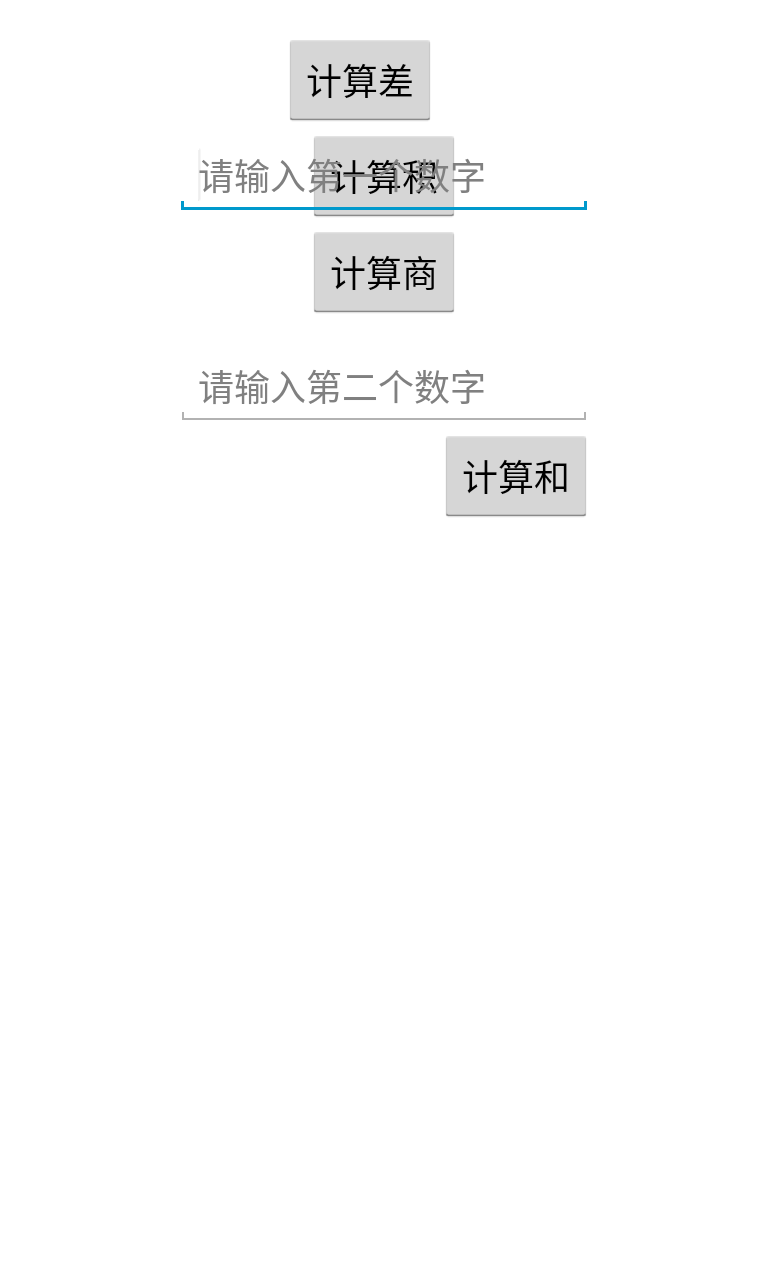
Repository: KungW/windows_learn_java_track
Layout: Caculator/res/layout/activity_main.xml
These files come from the project's save history. The layout is drawn as it stood at one moment and after the next save; the edit follows.
It is drawn on a 768 x 1280 px phone screen (xhdpi) without system bars, with theme AppTheme; the app's code is not run.

Above is the layout before, as saved 2016-10-14 07:42:08.

### Caculator/res/layout/activity_main.xml
<RelativeLayout xmlns:android="http://schemas.android.com/apk/res/android"
    xmlns:tools="http://schemas.android.com/tools"
    android:layout_width="match_parent"
    android:layout_height="wrap_content"
    android:paddingBottom="@dimen/activity_vertical_margin"
    android:paddingLeft="@dimen/activity_horizontal_margin"
    android:paddingRight="@dimen/activity_horizontal_margin"
    android:paddingTop="@dimen/activity_vertical_margin"
    tools:context=".MainActivity" >

    <EditText
        android:id="@+id/editText2"
        android:layout_width="wrap_content"
        android:layout_height="wrap_content"
        android:layout_alignLeft="@+id/editText1"
        android:layout_below="@+id/editText1"
        android:layout_marginTop="64dp"
        android:hint="请输入第二个数字"
        android:ems="10" />

    <Button
        android:id="@+id/button1"
        android:layout_width="wrap_content"
        android:layout_height="wrap_content"
        android:layout_below="@+id/editText2"
        android:layout_alignRight="@id/editText2"
        android:text="计算和" />
    <Button
        android:id="@+id/button2"
        android:layout_width="wrap_content"
        android:layout_height="wrap_content"
        android:layout_toLeftOf="@id/button1"
        android:text="计算差" />
    <Button
        android:id="@+id/button3"
        android:layout_width="wrap_content"
        android:layout_height="wrap_content"
        android:layout_below="@id/button2"
        android:layout_centerHorizontal="true"
        android:text="计算积" />
    <Button
        android:id="@+id/button4"
        android:layout_width="wrap_content"
        android:layout_height="wrap_content"
        android:layout_below="@id/button3"
        android:layout_centerHorizontal="true"
        android:text="计算商" />

    <TextView
        android:id="@+id/textView1"
        android:layout_width="wrap_content"
        android:layout_height="wrap_content"
        android:layout_alignParentLeft="true"
        android:layout_alignParentRight="true"
        android:layout_below="@+id/button1"
        android:layout_marginTop="41dp"
        android:textAppearance="?android:attr/textAppearanceLarge" />

    <EditText
        android:id="@+id/editText1"
        android:layout_width="wrap_content"
        android:layout_height="wrap_content"
        android:layout_alignParentTop="true"
        android:layout_centerHorizontal="true"
        android:layout_marginTop="51dp"
        android:ems="10"
        android:hint="请输入第一个数字" >

        <requestFocus />
    </EditText>

</RelativeLayout>

Loaded but not shown: Caculator/res/values/styles.xml (common file); Caculator/res/values-v11/styles.xml (common file); Caculator/res/values-v14/styles.xml (common file); Caculator/res/values/dimens.xml (common file)

After the next save:
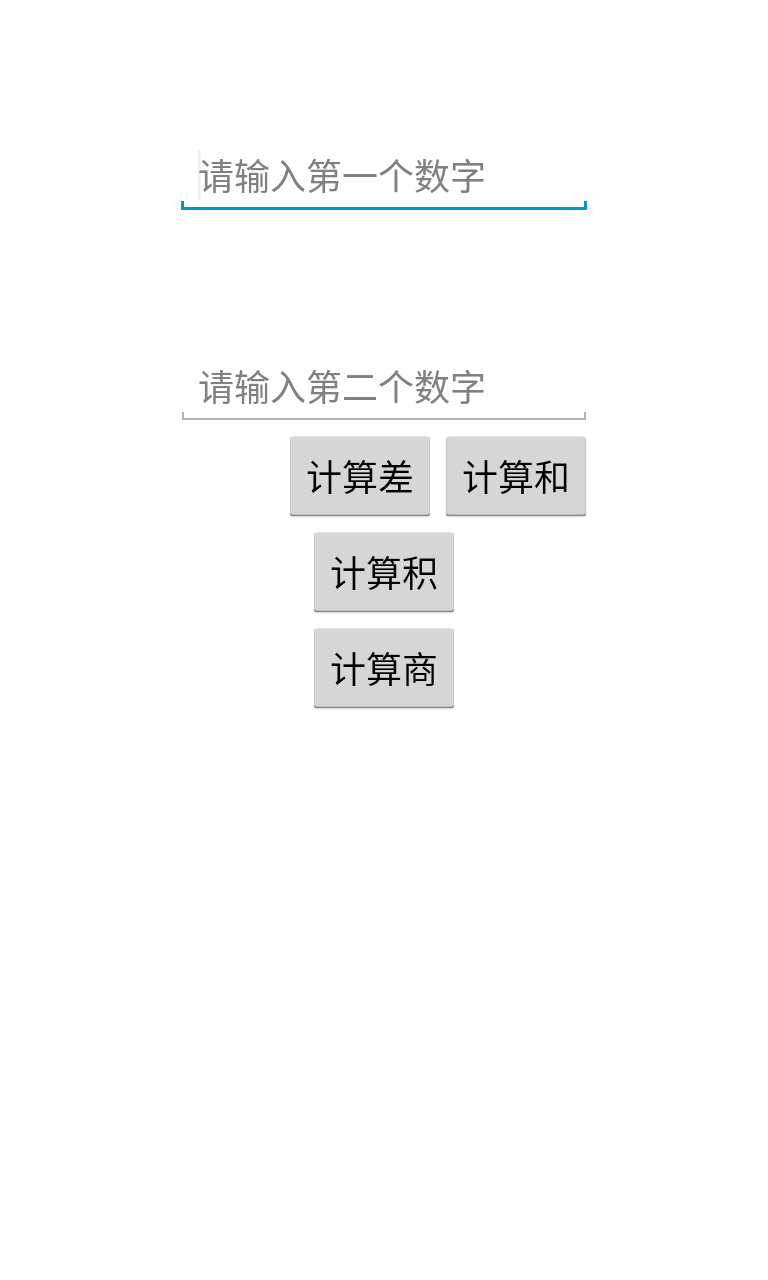
Saved 13 s later.
--- a/Caculator/res/layout/activity_main.xml
+++ b/Caculator/res/layout/activity_main.xml
@@ -29,6 +29,7 @@
         android:id="@+id/button2"
         android:layout_width="wrap_content"
         android:layout_height="wrap_content"
+        android:layout_below="@+id/editText2"
         android:layout_toLeftOf="@id/button1"
         android:text="计算差" />
     <Button
